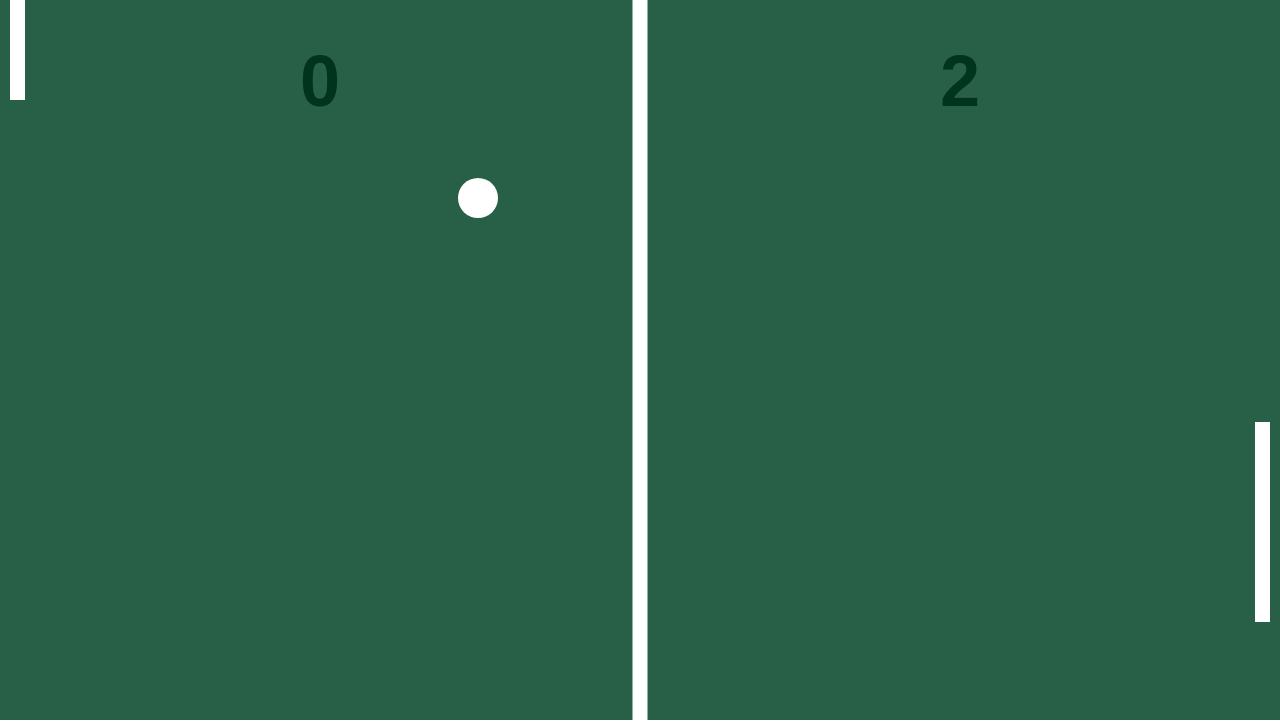
Repository: carlosrobertofigueiredo/Projeto-Ping-Pong
Page: index.html
These files come from the project's save history. The page is drawn as it stood at one moment and after the next save; the edit follows.
The browser window is 1280 px wide. The pictures show the whole page.

Above is the page before, as saved 2023-05-01 18:42:49.

### index.html
<!DOCTYPE html>
<html lang="en">
  <head>
    <meta charset="UTF-8" />
    <meta http-equiv="X-UA-Compatible" content="IE=edge" />
    <meta name="viewport" content="width=device-width, initial-scale=1.0" />
    <title>Jogo Ping-Pong</title>
    <style>
      * {
        overflow: hidden;
        margin: 0;
        padding: 0;
      }
   </style>
  </head>
  <body>
    <canvas></canvas>
    <script>
      //Captura o elemento canvas do DOM
      const canvasEl = document.querySelector("canvas"),
        canvasCtx = canvasEl.getContext("2d"),
        gapX = 10 //gapX = afastamento da raquete em relação a borda

        const mouse = { x: 0, y: 0}

      const field = {
        w: window.innerWidth,
        h: window.innerHeight,
        draw: function () {
          canvasCtx.fillStyle = "#286047" //fillStyle define o estilo do objeto
          canvasCtx.fillRect(0, 0, this.w, this.h) //fillRect define as medidas do retângulo, this - faz referência ao objeto interno
        },
      }

      const line = {
        w: 15,
        h: field.h,
        draw: function(){
          canvasCtx.fillStyle = "#ffffff"

         // desenha linha central
         canvasCtx.fillRect(field.w / 2 - this.w / 2, 0, this.w, this.h) // field faz referência ao objeto da cons field e o this aos parâmetros internos do próprio objeto

           /* const x = window.innerHeight / 2 - lineWidth / 2 //largura do campo dividido por dois e a largura divida por dois, caso queira mudar a espessura da linha no futuro fica mais fácil para centralizar a linha
        const y = 0 // onde começa a linha
        const w = lineWidth  //largura é a própria linha
        const h = window.innerHeight

        canvasCtx.fillRect(x,y,w,h) */

        },
      }

      const leftPaddle = {
        x: gapX,
        y: 0,
        w: line.w,
        h: 200,
        _move: function(){
          this.y = mouse.y - this.h / 2 //a raquete se orienta pelo movimento do mouse e o this.h/2 coloca o ponteiro do mouse no meio da raquete
        },
        draw: function(){
          canvasCtx.fillStyle = "#ffffff"
          // desenha a raquete esquerda
        canvasCtx.fillRect(this.x, this.y, this.w, this.h)  //  this.x = afastamento da raquete da borda), this.y = altura da raquete em relação ao topo,  this.w = largura da linha, this.h = altura da raquete

         this._move() // chama a função move para controlar a raquete
       },
      }


      const rightPaddle = {
        x: field.w - line.w - gapX,
        y: 0,
        w: line.w,
        h: 200,
        speed: 5,
        _move: function () {
          if (this.y + this.h / 4 < ball.y + ball.r) {
            this.y += this.speed
          } else {
            this.y -= this.speed
          }
        },

        speedUp: function() {
          this.speed += 2

        },

        draw: function(){
          canvasCtx.fillStyle = "#ffffff"
         // desenha a raquete direita
        canvasCtx.fillRect(this.x, this.y, this.w, this.h)  //  this.x = afastamento da raquete da borda), this.y = altura da raquete em relação ao topo,  this.w = largura da linha, this.h = altura da raquete

          this._move()
       },
      }

      const score = {
        human: 0,
        computer: 0,
        increaseHuman: function () {
          this.human++
        },
        increaseComputer: function () {
          this.computer++
        },
        draw: function(){

          // desenha o placar
        canvasCtx.font = "bold 72px Arial"
        canvasCtx.textAlign = "center"
        canvasCtx.textBaseline = "top"
        canvasCtx.fillStyle = "#01341D"
        canvasCtx.fillText(this.human, field.w / 4, 50) //primeiro parâmetro é o texto do placar = 3, o segundo parâmento é o primeiro 1/4 do campo = window.innerWidth / 4, o terceiro parâmetro é o y que corresponde a altura do placar.
        canvasCtx.fillText(this.computer, field.w / 4 + field.w / 2, 50)

        },

      }

      const ball = {

        x: 0,
        y: 0,
        r:  20,
        speed: 5,
        directionX: 1, //diz a trajetória da bolinha, 1 = bolinha indo pra frente e -1 bolinha pra trás.
        directionY: 1, //diz a trajetória da bolinha, 1 = bolinha indo pra baixo e -1 bolinha pra cima.

        _calcPosition: function(){

          // verifica se o jogador 1 fez um ponto (x > largura do campo)
          if (this.x > field.w - this.r - rightPaddle.w - gapX) {
            // verifica se a raquete direita está na posição y da bola
            if (
              this.y + this.r > rightPaddle.y &&
              this.y - this.r < rightPaddle.y + rightPaddle.h
            ) {
              // rebate a bola intervertendo o sinal de X
              this._reverseX()
            } else {
              // pontuar o jogador 1
              score.increaseHuman()
              this._pointUp()
            }
          }
           // verifica se o jogador 2 fez um ponto
           if (this.x < this.r + leftPaddle.w + gapX) {
            // verifica se a raquete esquerda está na posição y da bola
            if (this.y + this.r > leftPaddle.y && this.y - this.r < leftPaddle.y + leftPaddle.h){
               // rebate a bola intervertendo o sinal de X
               this._reverseX()
            }  else {
              // pontuar o jogador 2
              score.increaseComputer()
              this._pointUp()
            }
           }


          //verifica as laterais superior e inferior do campo
          if(
            (this.y - this.r < 0 && this.directionY < 0 ) ||  //reveter o y na parte superior do campo, this.r desconsidera o centro do raio para rebater pela borda
            (this.y > field.h - this.r && this.directionY > 0) //no momento que o Y da bolinha começar a descer, se ela for maior que a altura de campo se inverte a direção, this.r desconsidera o centro do raio para rebater pela borda
            ){
              // rebate a bola invertendo o sinal do eixo Y
              this._reverseY()

          }
        },

        _reverseX: function(){
          this.directionX *= -1
        },

        _reverseY: function(){
          /*
          1 * -1 = -1
          -1 * -1 =  1 */

          this.directionY *= -1
        },

        _speedUp: function() {
          this.speed += 2
        },

        _pointUp: function () {
          this._speedUp()
          rightPaddle.speedUp()
          this.x = field.w / 2
          this.y = field.h / 2

        },

        _move: function(){
          this.x += this.directionX * this.speed
          this.y += this.directionY * this.speed
        },
        draw: function() {

          // desenha a bolinha
        canvasCtx.fillStyle = "#ffffff"
        canvasCtx.beginPath()  //o comando arc não tem um comando fillarc, por isso é necessário colocar o arc entre o beginPath() e o fill()
        canvasCtx.arc(this.x, this.y, this.r, 0, 2 * Math.PI, false)  //arc(x, y, r, 0, 0.0 * Math.PI, false) x,y = posição do arco(bolinha), r = tamanho da bolinha, 0 = inicio do arco, 2.0 * PI define o circulo
        canvasCtx.fill()

        this._calcPosition()
        this._move()

        },

        }


       /*Função p/ definir altura e largura do campo*/
       function setup() {
        canvasEl.width = canvasCtx.width = field.w
        canvasEl.height = canvasCtx.height = field.h
      }

      /* Função de desenho dos elementos do campo*/
        function draw() {
        field.draw()
        line.draw()
        leftPaddle.draw()
        rightPaddle.draw()
        score.draw()
        ball.draw()

      }




      window.animateFrame = ( function () {
         return(
           window.requestAnimationFrame ||
           window.webkitRequestAnimationFrame ||
           window.mozRequestAnimationFrame ||
           window.oRequestAnimationFrame ||
           window.msRequestAnimationFrame ||
           function (callback) {
            return window.setTimeout(callback, 1000 / 60)
           }
          )
         })()

         function main() {
          animateFrame(main)
          draw()
         }

         setup()
         main()

         canvasEl.addEventListener("mousemove", function (e) {
          mouse.x = e.pageX
          mouse.y = e.pageY



         })


    </script>
  </body>
</html>

After the next save:
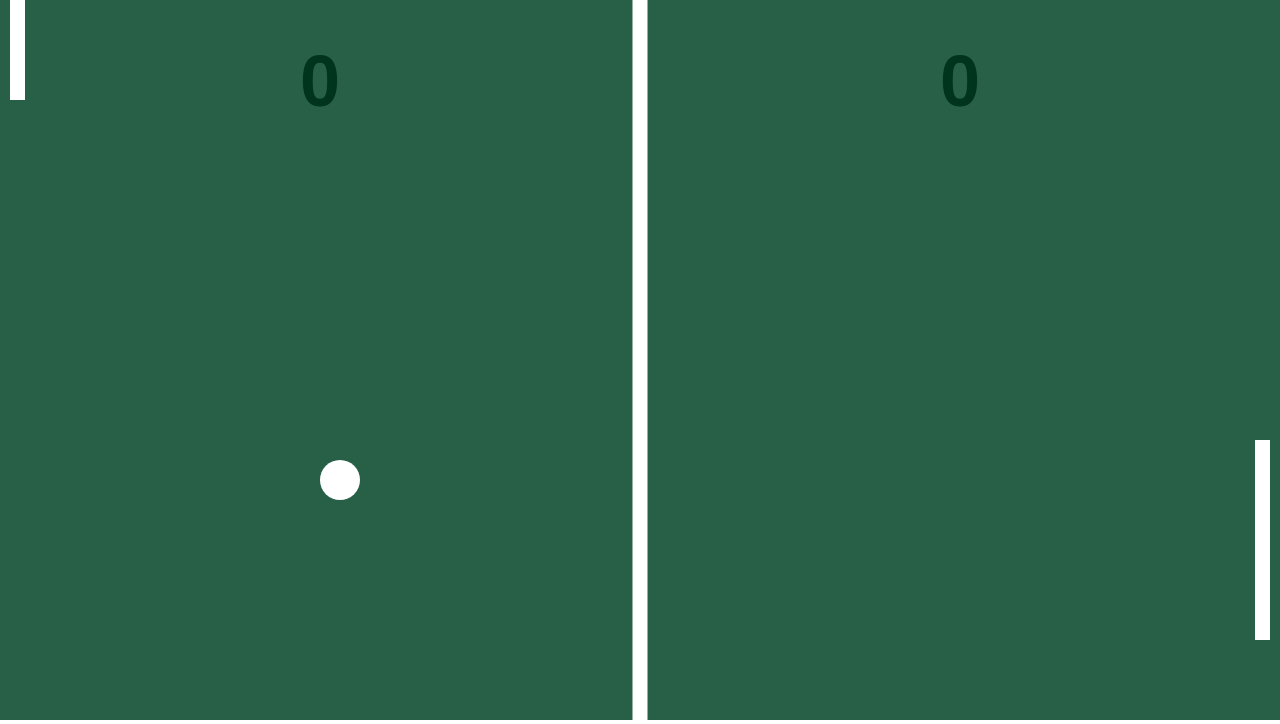
Saved 22 min 49 s later.
--- a/index.html
+++ b/index.html
@@ -106,6 +106,7 @@
         increaseComputer: function () {
           this.computer++
         },
+
         draw: function(){
 
           // desenha o placar
@@ -122,8 +123,8 @@
 
       const ball = {
 
-        x: 0,
-        y: 0,
+        x: field.w / 2,
+        y: field.h / 2,
         r:  20,
         speed: 5,
         directionX: 1, //diz a trajetória da bolinha, 1 = bolinha indo pra frente e -1 bolinha pra trás.
